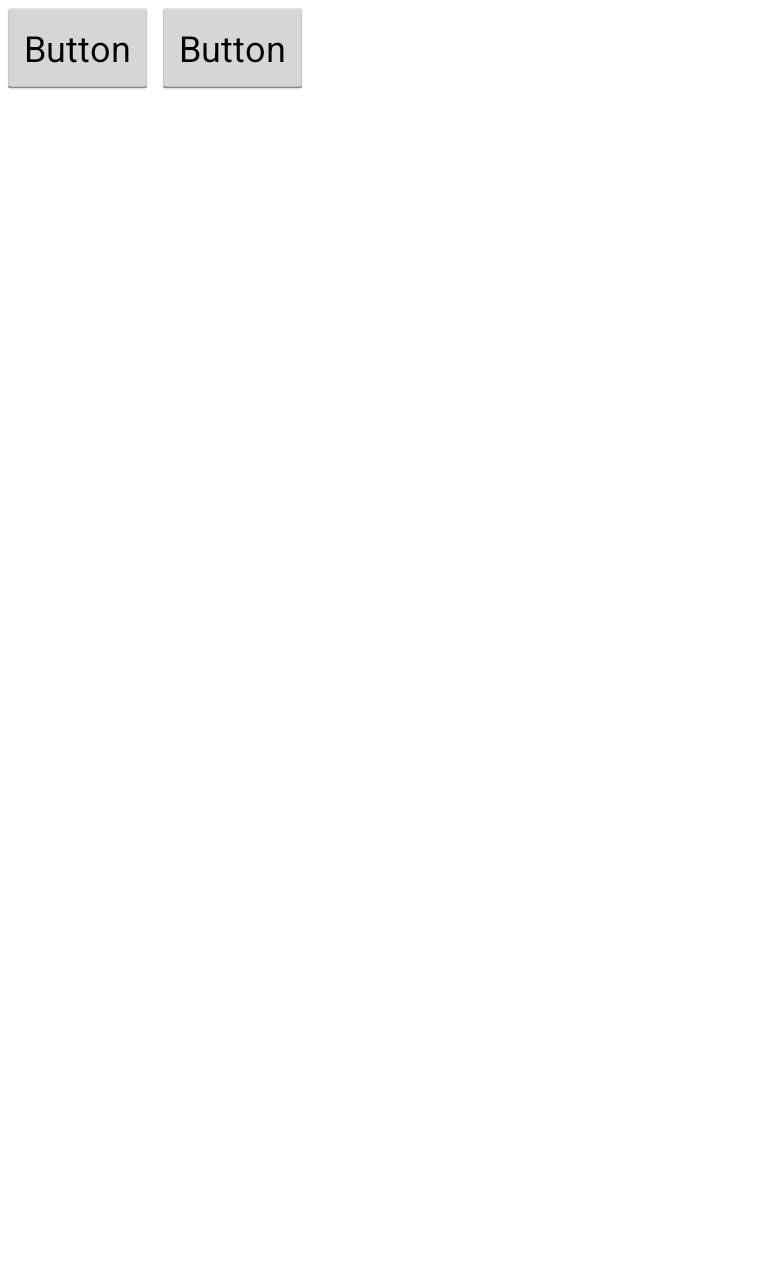
Repository: pajamasi726/AndroidExample
Layout: AndroidExample/Study_Fragment/res/layout/activity_main.xml
The author's editor kept a copy of each file at every save. The layout is drawn from the files as they stood at one save, then again after the next save.
It is drawn on a 768 x 1280 px phone screen (xhdpi) without system bars, with theme AppTheme; the app's code is not run.

Above is the layout before, as saved 2016-02-20 02:25:02.

After the next save:
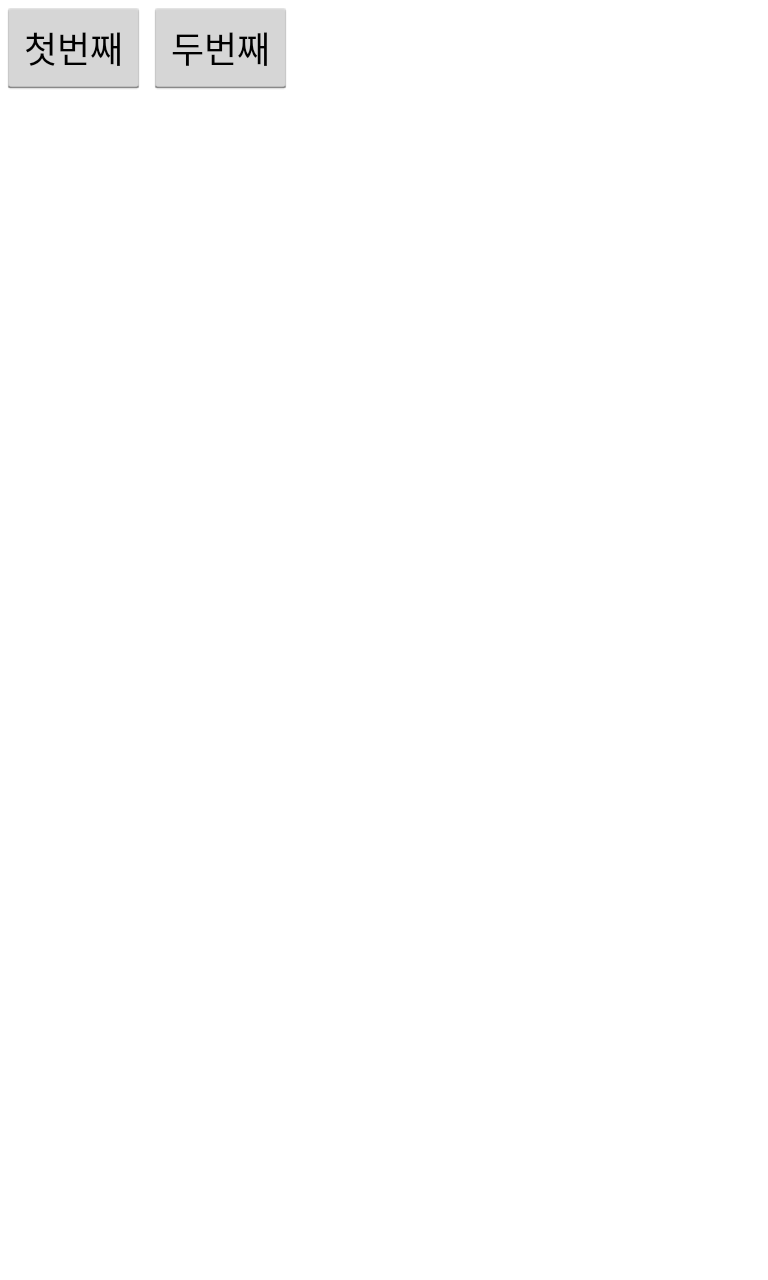
Saved 37 s later.
--- a/AndroidExample/Study_Fragment/res/layout/activity_main.xml
+++ b/AndroidExample/Study_Fragment/res/layout/activity_main.xml
@@ -15,13 +15,15 @@
             android:id="@+id/btn1"
             android:layout_width="wrap_content"
             android:layout_height="wrap_content"
-            android:text="Button" />
+            android:onClick="onClick"
+            android:text="첫번째" />
 
         <Button
             android:id="@+id/btn2"
             android:layout_width="wrap_content"
             android:layout_height="wrap_content"
-            android:text="Button" />
+            android:onClick="onClick"
+            android:text="두번째" />
 
     </LinearLayout>
 
